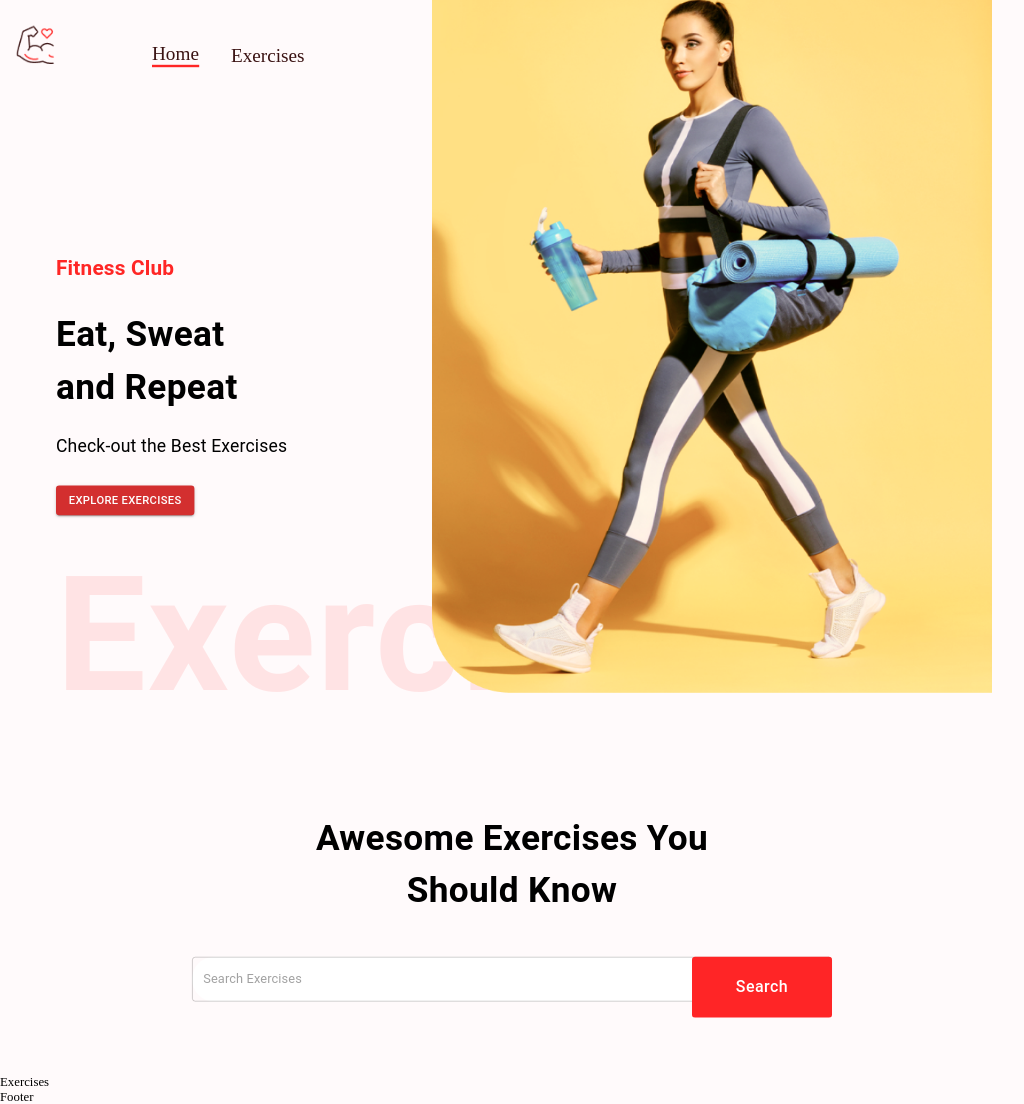
Repository: remydev47/fitness-center
Page: /
An editor plug-in stored every save of this project. The page is shown before and after the next save, followed by the edit.
The browser window is 1280 px wide. The pictures show the whole page, at 80% of full size.
The page's requests for data from a server got no answer. The project was rebuilt for these pictures with package versions that can differ from the ones it lists, and the page was loaded fresh each time. No one was signed in, and anything a server would have sent is missing. Also part of the build but not shown: src/pages/ExerciseDetail.js.

Above is the page before, as saved 2022-07-28 23:20:45.

After the next save:
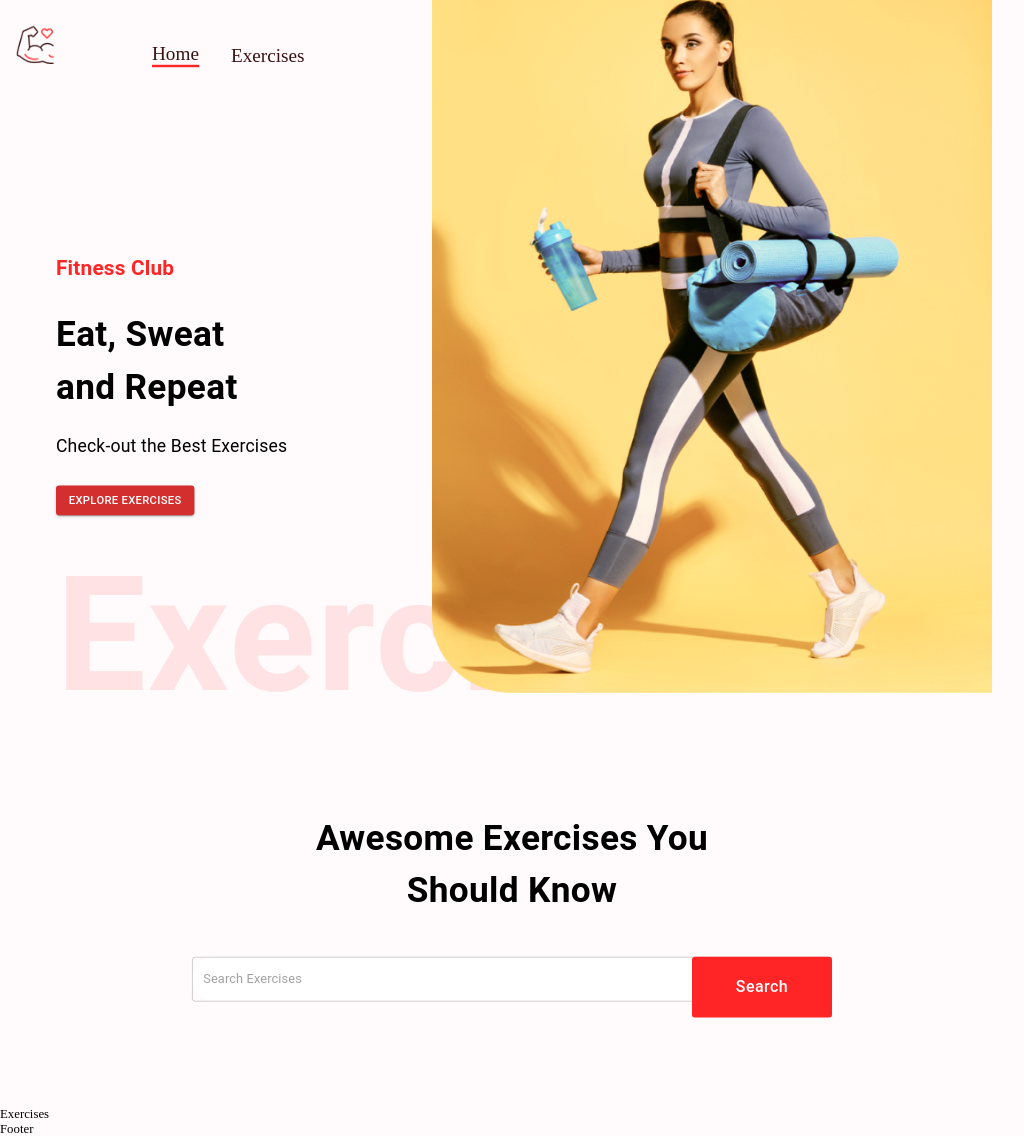
Saved 26 min 56 s later.
--- a/src/components/SearchExercises.js
+++ b/src/components/SearchExercises.js
@@ -7,35 +7,35 @@ import HorizontalScrollBar  from '../components/HorizontalScrollBar'
 const SearchExercises = () => {
 
     const [search, setSearch]= useState('');
-    //const [exercises, setExercises] = useState([]);
-   //const [bodyParts, setBodyParts ] = useState([])
+    const [exercises, setExercises] = useState([]);
+   const [bodyParts, setBodyParts ] = useState([])
 
-  //  useEffect(() => {
-  //     const fetchExercisesData = async () => {
-  //     const bodyPartsData = await fetchData('https://exercisedb.p.rapidapi.com/exercises/bodyPartList', exerciseOptions);
+   useEffect(() => {
+      const fetchExercisesData = async () => {
+      const bodyPartsData = await fetchData('https://exercisedb.p.rapidapi.com/exercises/bodyPartList', exerciseOptions);
 
-  //     setBodyParts(['all', ...bodyPartsData]);
-  //   };
+      setBodyParts(['all', ...bodyPartsData]);
+    };
 
-  //   fetchExercisesData();
-  // }, []);
+    fetchExercisesData();
+  }, []);
 
     const handleSearch = async () => {
         if(search) {
             const exercisesData = await fetchData('https://exercisedb.p.rapidapi.com/exercises', exerciseOptions);
 
-            console.log(exercisesData)
-            // const searchedExercises = exercisesData.filter(
-            //     (exercise) => exercise.name.toLowerCase().includes(search)
-            //            || exercise.target.toLowerCase().includes(search)
-            //            || exercise.equipment.toLowerCase().includes(search)
-            //            || exercise.bodyPart.toLowerCase().includes(search),
-            //   );
 
-            // window.scrollTo({ top: 1800, left: 100, behavior: 'smooth' });
+            const searchedExercises = exercisesData.filter(
+                (exercise) => exercise.name.toLowerCase().includes(search)
+                       || exercise.target.toLowerCase().includes(search)
+                       || exercise.equipment.toLowerCase().includes(search)
+                       || exercise.bodyPart.toLowerCase().includes(search),
+              );
 
-            //  setSearch('');
-            //  setExercises(searchedExercises);
+            window.scrollTo({ top: 1800, left: 100, behavior: 'smooth' });
+
+              setSearch('');
+              setExercises(searchedExercises);
         }
     }
 
@@ -107,12 +107,12 @@ const SearchExercises = () => {
         </Box>
         <Box
          sx={{
-            position: 'absolute',
+            position: 'relative',
             width: '100%',
             p: '20px'
          }}
         >
-            {/* <HorizontalScrollBar /> */}
+             <HorizontalScrollBar data={bodyParts}/>
         </Box>
     </Stack>
   )
